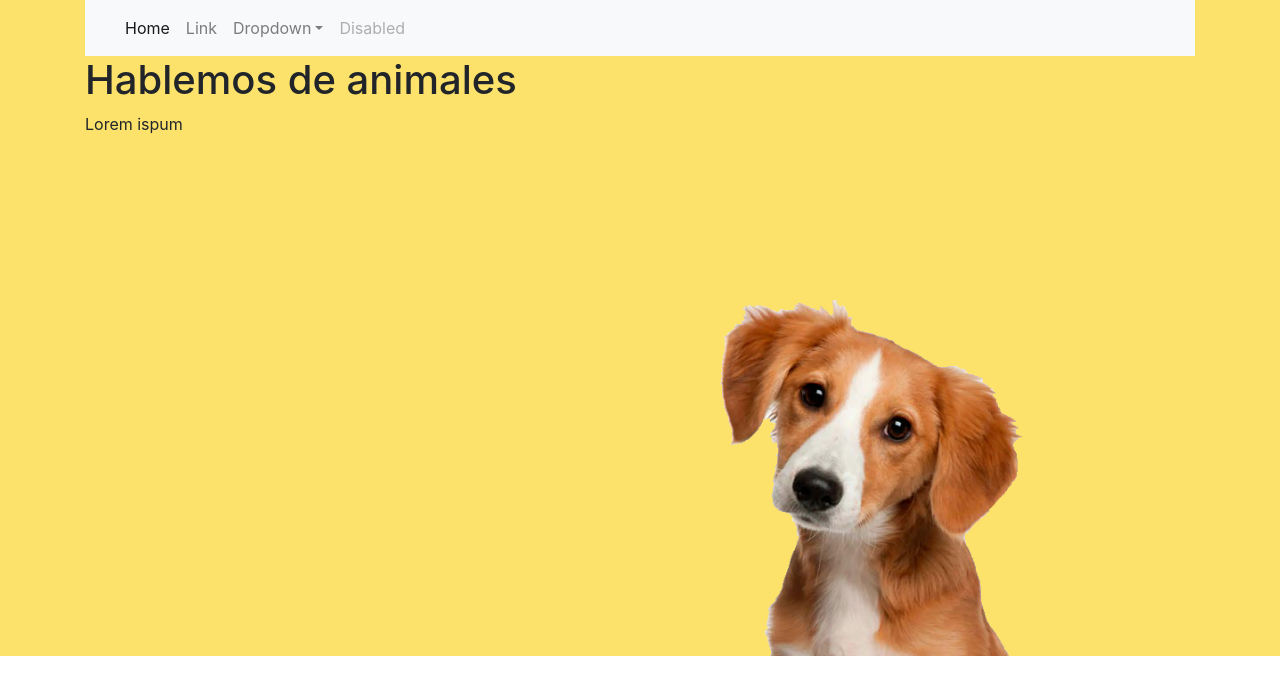
Repository: conceptorobledo/narices-react-website
Page: /
These files come from the project's save history. The page is drawn as it stood at one moment and after the next save; the edit follows.
The browser window is 1280 px wide. The pictures show the whole page.
The project was rebuilt for these pictures with package versions that can differ from the ones it lists, and the page was loaded fresh each time. Also part of the build but not shown: src/components/Navigation/Navbar.css. Imported but missing from the stored project, and not drawn on this page: src/components/Logo.

Above is the page before, as saved 2018-11-04 12:57:18.

After the next save:
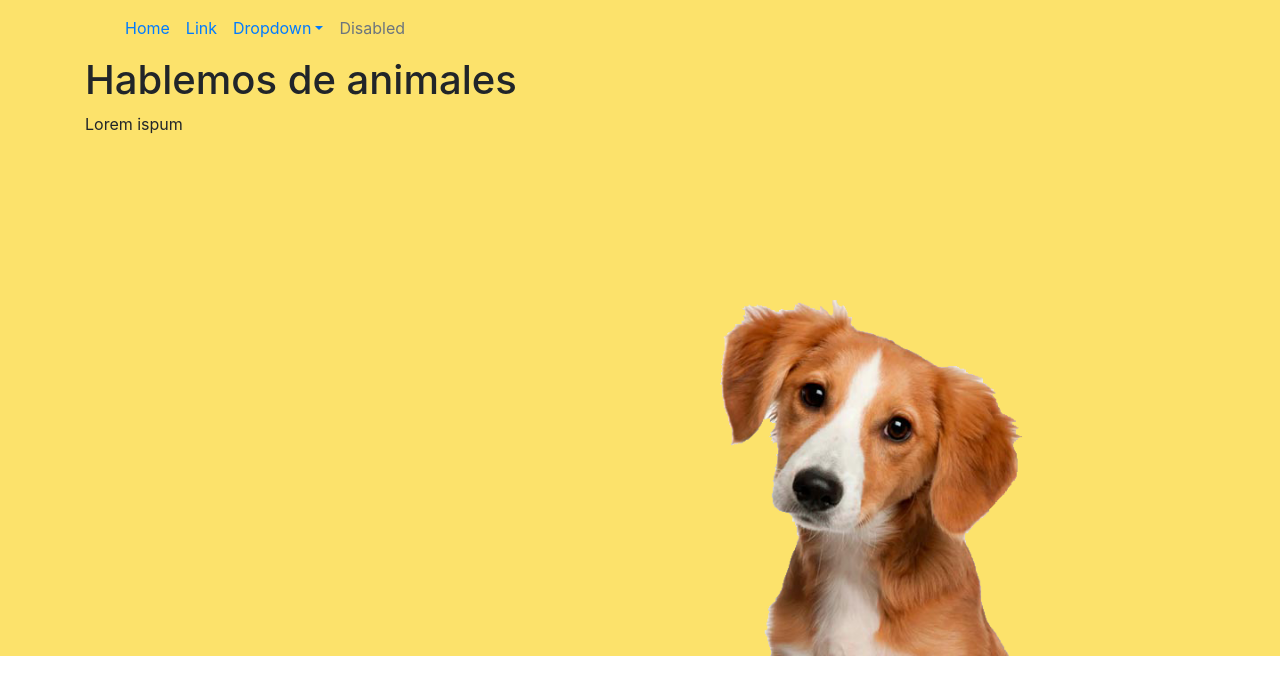
Saved 16 s later.
--- a/src/components/Navigation/Navbar.js
+++ b/src/components/Navigation/Navbar.js
@@ -6,7 +6,7 @@ import './Navbar.css'
 const navbar = () => {
     return (
         <div className="container Navbar">
-            <nav className="navbar navbar-expand-lg navbar-light bg-light">
+            <nav className="navbar navbar-expand-lg">
                 <a className="navbar-brand order-md-0" href="#"></a>
                 <button className="navbar-toggler" type="button" data-toggle="collapse" data-target="#navbarSupportedContent" aria-controls="navbarSupportedContent" aria-expanded="false" aria-label="Toggle navigation">
                     <span className="navbar-toggler-icon"></span>
